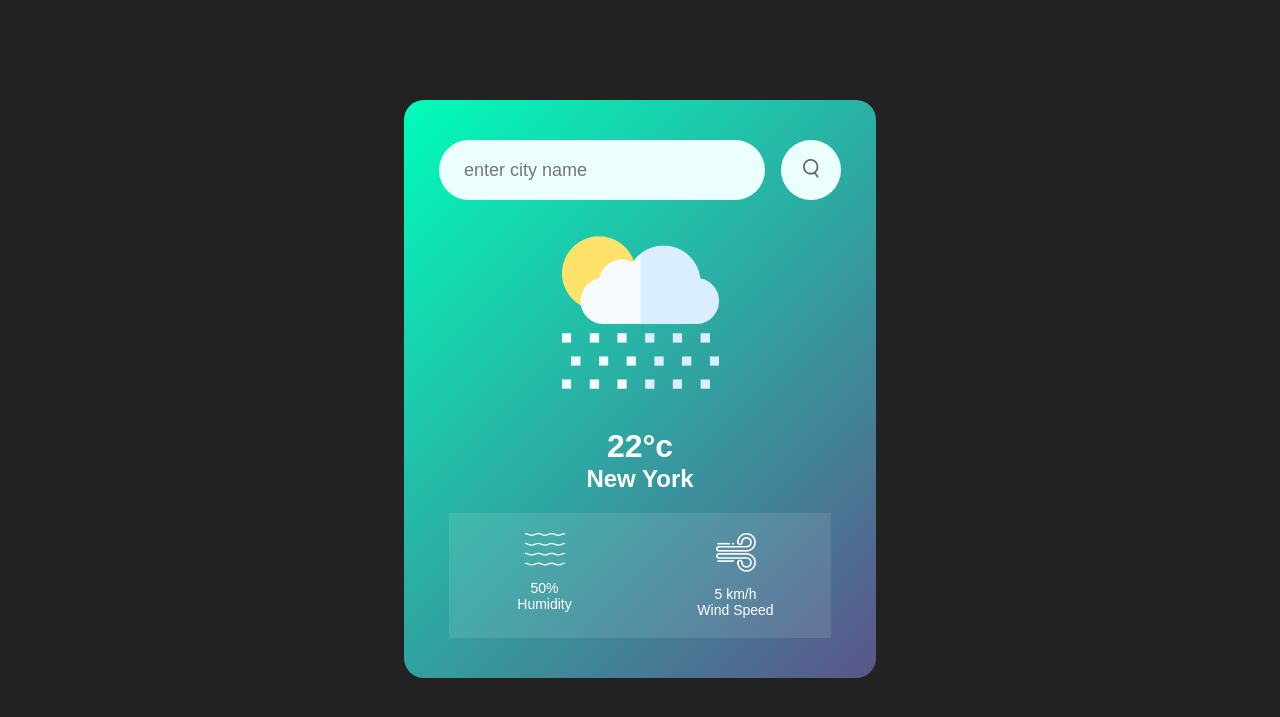
Repository: Rohit-foryou/Weather-app
Page: Weather App/Weather.html
An editor plug-in stored every save of this project. The page is shown before and after the next save, followed by the edit.
The browser window is 1280 px wide. The pictures show the whole page.
The page's requests for data from a server got no answer.

Above is the page before, as saved 2023-12-13 15:30:36.

After the next save:
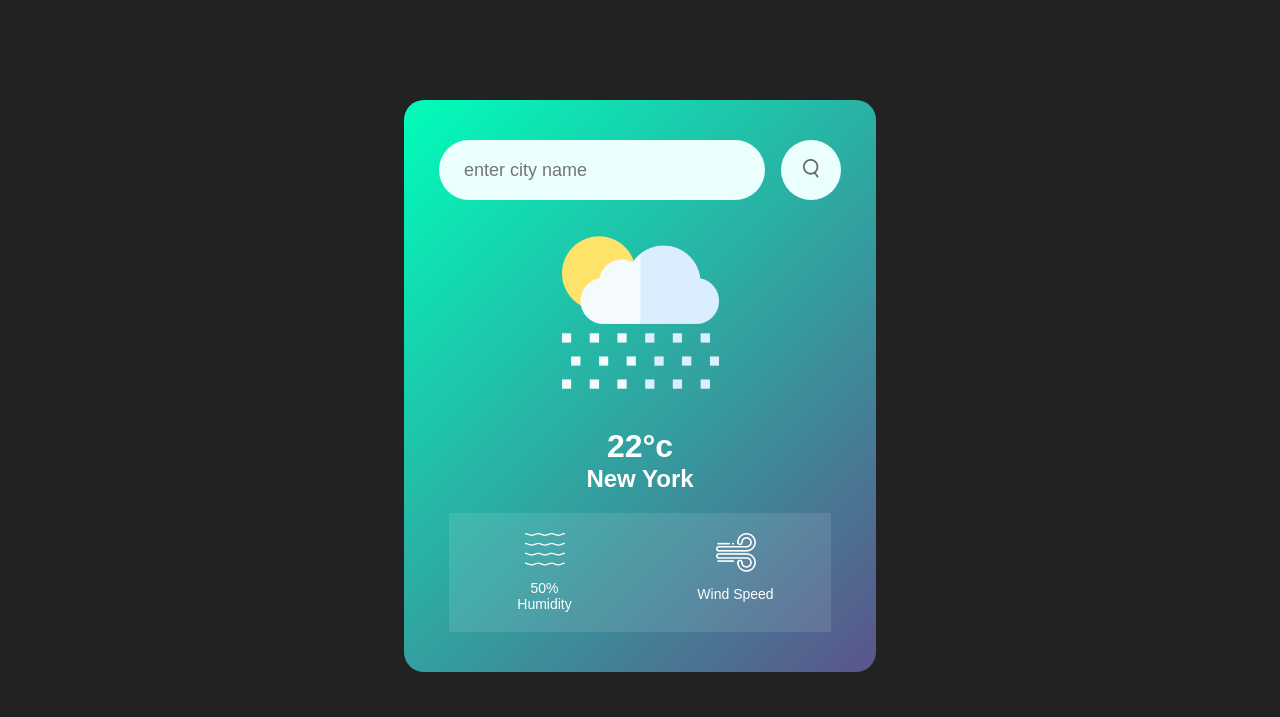
Saved 27 s later.
--- a/Weather App/Weather.html
+++ b/Weather App/Weather.html
@@ -27,7 +27,7 @@
                 <div class="col">
                     <img src="Weather(Images)/wind.png">
                     <div>
-                        <p class="wind">5 km/h</p>
+                        <p class="wind"></p>
                         <p>Wind Speed</p>
                     </div>
                 </div>
